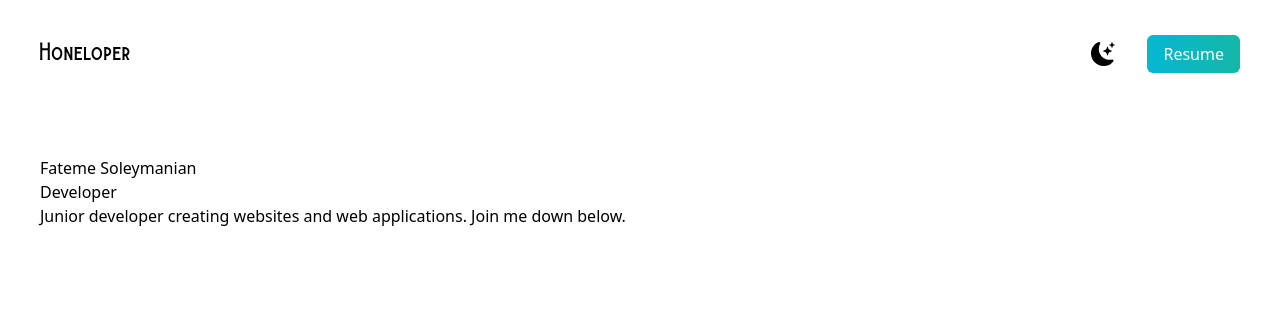
Repository: fatemesoleymanian/portfolio
Page: /
The author's editor kept a copy of each file at every save. The page is drawn from the files as they stood at one save, then again after the next save.
The browser window is 1280 px wide. The pictures show the whole page.
The project was rebuilt for these pictures with package versions that can differ from the ones it lists, and the page was loaded fresh each time. The framework's server and built-in components were replaced by stand-ins that run in the browser. Also part of the build but not shown: next.config.js.

Above is the page before, as saved 2023-03-10 13:44:47.

### pages/index.js
import Head from 'next/head'
import {BsFillMoonStarsFill} from 'react-icons/bs'
export default function Home() {
  return (
    <>
      <Head>
        <title>My Portfolio</title>
        <meta name="description" content="Generated by create next app" />
        <meta name="viewport" content="width=device-width, initial-scale=1" />
        <link rel="icon" href="/favicon.ico" />
      </Head>
      <main className='bg-white px-10'>
       <section className="min-h-screen">
          <nav className='py-10 mb-12 flex justify-between'>
          <h1 className='text-xl font-burtons'>Honeloper</h1>
            <ul className='flex items-center'>
              <li>
                <BsFillMoonStarsFill className='cursor-pointer text-2xl'/>
              </li>
              <li>
                <a className='bg-gradient-to-r from-cyan-500 to-teal-500 text-white px-4 py-2 rounded-md ml-8' href="#">Resume</a>
              </li>
            </ul>
          </nav>
          <div>
            <h2>Fateme Soleymanian</h2>
            <h3>Developer</h3>
            <p>Junior developer creating websites and web applications. Join me down below.</p>
          </div>
        </section>
      </main>
    </>
  )
}

### styles/globals.css
@tailwind base;
@tailwind components;
@tailwind utilities;
:root {
  --max-width: 1100px;
  --border-radius: 12px;
  --font-mono: ui-monospace, Menlo, Monaco, 'Cascadia Mono', 'Segoe UI Mono',
    'Roboto Mono', 'Oxygen Mono', 'Ubuntu Monospace', 'Source Code Pro',
    'Fira Mono', 'Droid Sans Mono', 'Courier New', monospace;

  --foreground-rgb: 0, 0, 0;
  --background-start-rgb: 214, 219, 220;
  --background-end-rgb: 255, 255, 255;

  --primary-glow: conic-gradient(
    from 180deg at 50% 50%,
    #16abff33 0deg,
    #0885ff33 55deg,
    #54d6ff33 120deg,
    #0071ff33 160deg,
    transparent 360deg
  );
  --secondary-glow: radial-gradient(
    rgba(255, 255, 255, 1),
    rgba(255, 255, 255, 0)
  );

  --tile-start-rgb: 239, 245, 249;
  --tile-end-rgb: 228, 232, 233;
  --tile-border: conic-gradient(
    #00000080,
    #00000040,
    #00000030,
    #00000020,
    #00000010,
    #00000010,
    #00000080
  );

  --callout-rgb: 238, 240, 241;
  --callout-border-rgb: 172, 175, 176;
  --card-rgb: 180, 185, 188;
  --card-border-rgb: 131, 134, 135;
}

@media (prefers-color-scheme: dark) {
  :root {
    --foreground-rgb: 255, 255, 255;
    --background-start-rgb: 0, 0, 0;
    --background-end-rgb: 0, 0, 0;

    --primary-glow: radial-gradient(rgba(1, 65, 255, 0.4), rgba(1, 65, 255, 0));
    --secondary-glow: linear-gradient(
      to bottom right,
      rgba(1, 65, 255, 0),
      rgba(1, 65, 255, 0),
      rgba(1, 65, 255, 0.3)
    );

    --tile-start-rgb: 2, 13, 46;
    --tile-end-rgb: 2, 5, 19;
    --tile-border: conic-gradient(
      #ffffff80,
      #ffffff40,
      #ffffff30,
      #ffffff20,
      #ffffff10,
      #ffffff10,
      #ffffff80
    );

    --callout-rgb: 20, 20, 20;
    --callout-border-rgb: 108, 108, 108;
    --card-rgb: 100, 100, 100;
    --card-border-rgb: 200, 200, 200;
  }
}

* {
  box-sizing: border-box;
  padding: 0;
  margin: 0;
}

html,
body {
  max-width: 100vw;
  overflow-x: hidden;
}

body {
  color: rgb(var(--foreground-rgb));
  background: linear-gradient(
      to bottom,
      transparent,
      rgb(var(--background-end-rgb))
    )
    rgb(var(--background-start-rgb));
}

a {
  color: inherit;
  text-decoration: none;
}

@font-face {
  font-family: "burtons";
  src: url('../public/Burtons.otf');
}

### tailwind.config.js
/** @type {import('tailwindcss').Config} */
module.exports = {
  content: [
    "./app/**/*.{js,ts,jsx,tsx}",
    "./pages/**/*.{js,ts,jsx,tsx}",
    "./components/**/*.{js,ts,jsx,tsx}",

  ],
  theme: {
    extend: {
      fontFamily:{
        burtons: "burtons",
      }
    },
  },
  plugins: [],
}

Loaded but not shown: pages/_app.js (common file); pages/_document.js (common file)

After the next save:
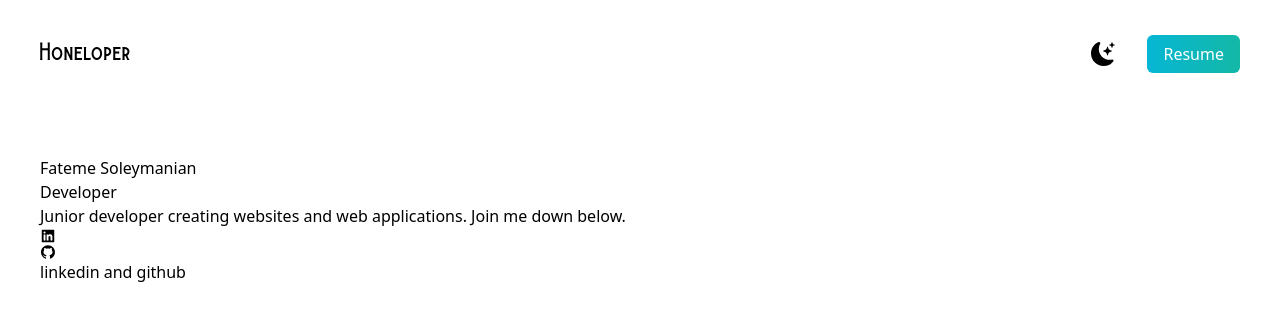
Saved 26 min 15 s later.
--- a/pages/index.js
+++ b/pages/index.js
@@ -1,5 +1,6 @@
 import Head from 'next/head'
 import {BsFillMoonStarsFill} from 'react-icons/bs'
+import {AiFillLinkedin , AiFillGithub} from 'react-icons/ai'
 export default function Home() {
   return (
     <>
@@ -27,6 +28,11 @@ export default function Home() {
             <h3>Developer</h3>
             <p>Junior developer creating websites and web applications. Join me down below.</p>
           </div>
+          <div>
+            <AiFillLinkedin />
+            <AiFillGithub />
+            linkedin and github
+          </div>
         </section>
       </main>
     </>
